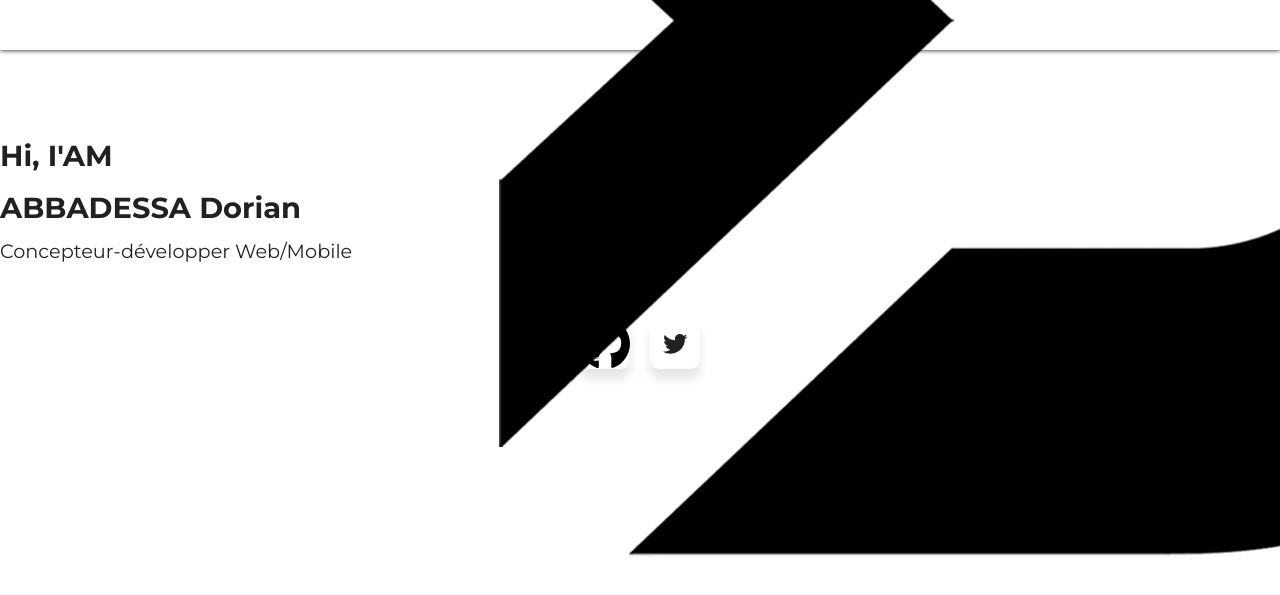
Repository: DorianABDS/Portfolio-ABBADESSA-Dorian
Page: index.html
These files come from the project's save history. The page is drawn as it stood at one moment and after the next save; the edit follows.
The browser window is 1280 px wide. The pictures show the window.
A layer covers the whole window, so only the first screen is drawn.

Above is the page before, as saved 2024-11-27 21:51:11.

After the next save:
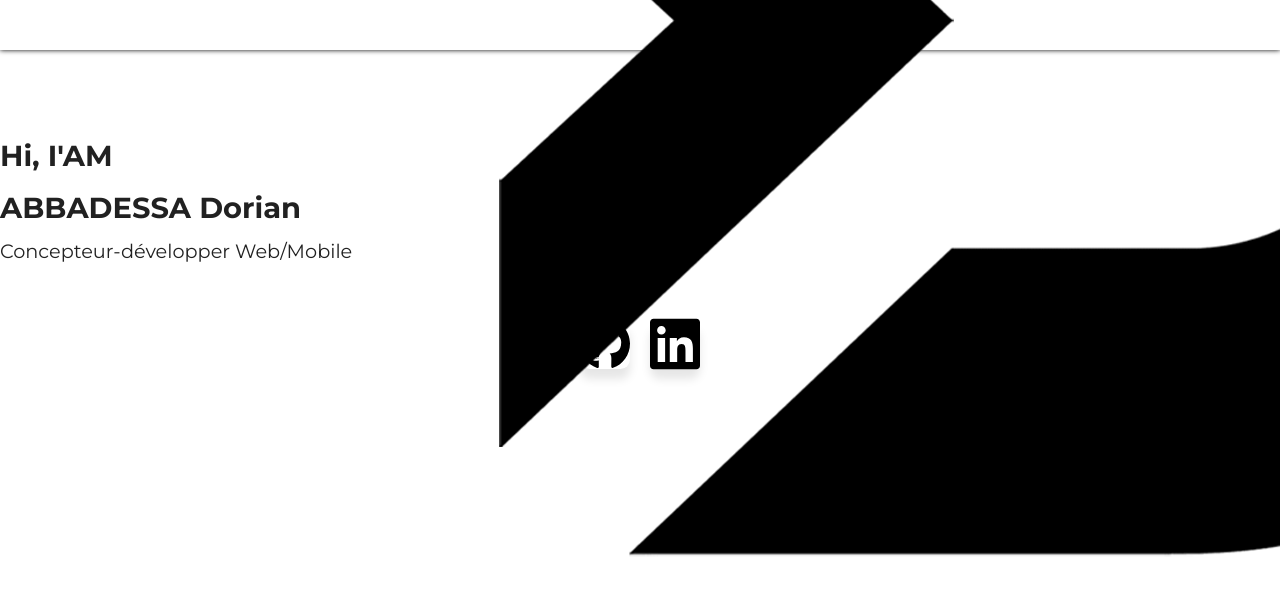
Saved 23 s later.
--- a/index.html
+++ b/index.html
@@ -41,7 +41,7 @@
                           <img src="/src/img/github-brands-solid.svg" alt="">
                         </li>
                         <li class="icon twitter">
-                          <span class="tooltip">Twitter</span>
+                          <img src="/src/img/linkedin-brands-solid.svg" alt="">
                           <svg
                             height="1.8em"
                             fill="currentColor"
